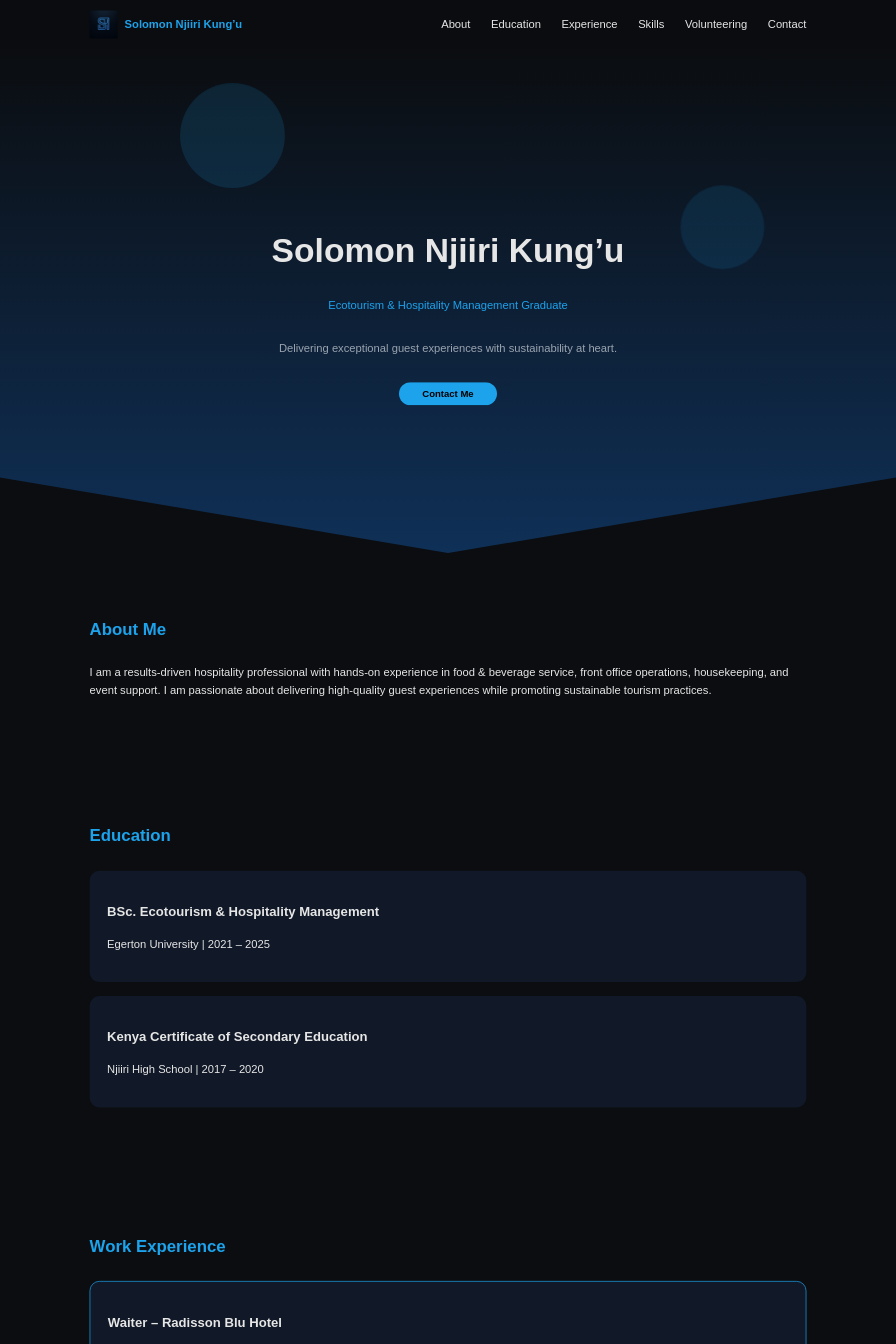
Repository: ladygit-comits/Solomon_Portfolio
Page: index.html
These files come from the project's save history. The page is drawn as it stood at one moment and after the next save; the edit follows.
The browser window is 1280 px wide. The pictures show the part of the page from y = 0 to 1920 px (the page is 4351 px tall before and 5455 px after), at 70% of full size.

Above is the page before, as saved 2025-12-31 14:02:35.

### index.html
<!DOCTYPE html>
<html lang="en">
<head>
  <meta charset="UTF-8">
  <title>Solomon Njiiri Kung’u | Hospitality Management</title>
  <link rel="icon" href="images/solomon-favicon.png" type="image/png">
  <link rel="apple-touch-icon" sizes="180x180" href="images/solomon-favicon.png">
  <link rel="stylesheet" href="style.css">
</head>
<body>
<!-- NAVBAR -->
<header class="navbar">
  <div class="logo">
    <img src="images/solomon-favicon.png" alt="Solomon Logo" class="logo-img">
    Solomon Njiiri Kung’u
  </div>
  <nav>
    <a href="#about">About</a>
    <a href="#education">Education</a>
    <a href="#experience">Experience</a>
    <a href="#skills">Skills</a>
    <a href="#volunteering">Volunteering</a>
    <a href="#contact">Contact</a>
  </nav>
</header>

  <!-- HERO -->
  <section class="hero">
    <h1>Solomon Njiiri Kung’u</h1>
    <p class="subtitle">Ecotourism & Hospitality Management Graduate</p>
    <p class="tagline">
      Delivering exceptional guest experiences with sustainability at heart.
    </p>
    <a href="#contact" class="btn">Contact Me</a>
  </section>

  <!-- ABOUT -->
  <section id="about" class="section">
    <h2>About Me</h2>
    <p>
      I am a results-driven hospitality professional with hands-on experience in
      food & beverage service, front office operations, housekeeping, and event support.
      I am passionate about delivering high-quality guest experiences while promoting
      sustainable tourism practices.
    </p>
  </section>

  <!-- EDUCATION -->
  <section id="education" class="section">
    <h2>Education</h2>
    <div class="card">
      <h3>BSc. Ecotourism & Hospitality Management</h3>
      <p>Egerton University | 2021 – 2025</p>
    </div>
    <div class="card">
      <h3>Kenya Certificate of Secondary Education</h3>
      <p>Njiiri High School | 2017 – 2020</p>
    </div>
  </section>

  <!-- EXPERIENCE -->
  <section id="experience" class="section">
    <h2>Work Experience</h2>

    <div class="card highlight">
      <h3>Waiter – Radisson Blu Hotel</h3>
      <p>August 2025</p>
      <ul>
        <li>Delivered high-quality customer service in a fast-paced luxury hotel.</li>
        <li>Supported international events hosted by the World Bank, IMF, and University of Antwerp.</li>
        <li>Provided professional service to international delegates.</li>
      </ul>
    </div>

    <div class="card">
      <h3>Waiter – Shuhan Hotel, Thika</h3>
      <p>February 2025</p>
      <ul>
        <li>Provided excellent customer service.</li>
        <li>Assisted in housekeeping and hygiene maintenance.</li>
      </ul>
    </div>

    <div class="card">
      <h3>Intern – Hotel Operations</h3>
      <p>May 2024 – August 2024</p>
      <ul>
        <li>Housekeeping & guestroom standards.</li>
        <li>Front office check-ins and reservations.</li>
        <li>Kitchen stewarding and hygiene.</li>
        <li>Food & beverage service.</li>
      </ul>
    </div>
  </section>

  <!-- SKILLS -->
 <section id="skills" class="section">
  <h2>Key Skills</h2>
  <div class="skills">
    <div class="skill">
      <span>Customer Service</span>
      <div class="skill-bar"><div class="skill-fill" style="width: 90%;"></div></div>
    </div>
    <div class="skill">
      <span>Food & Beverage Service</span>
      <div class="skill-bar"><div class="skill-fill" style="width: 85%;"></div></div>
    </div>
    <div class="skill">
      <span>Front Office Operations</span>
      <div class="skill-bar"><div class="skill-fill" style="width: 80%;"></div></div>
    </div>
    <div class="skill">
      <span>Housekeeping Standards</span>
      <div class="skill-bar"><div class="skill-fill" style="width: 85%;"></div></div>
    </div>
    <div class="skill">
      <span>Event Support</span>
      <div class="skill-bar"><div class="skill-fill" style="width: 80%;"></div></div>
    </div>
    <div class="skill">
      <span>Sustainable Tourism</span>
      <div class="skill-bar"><div class="skill-fill" style="width: 75%;"></div></div>
    </div>
  </div>
</section>


  <!-- VOLUNTEERING -->
  <section id="volunteering" class="section">
    <h2>Volunteering</h2>
    <div class="card">
      <h3>Volunteer – KSPCA (Dogtober Festival)</h3>
      <p>October 2024</p>
      <ul>
        <li>Welcomed guests and provided event guidance.</li>
        <li>Assisted with pet handling and guest engagement.</li>
      </ul>
    </div>
  </section>

  <!-- CONTACT -->
  <section class="section contact" id="contact">
    <h2>Contact</h2>
    <p>Email: <a href="mailto:kungunjiiri@gmail.com">kungunjiiri@gmail.com</a></p>
    <p>Phone: 0112619291</p>
  </section>
    <!-- Footer -->
  <footer>
    <p>© 2025 Kavanda. All rights reserved.</p>
  </footer>
<script src="script.js"></script>
<button id="scrollTopBtn" title="Go to top">
  <svg xmlns="http://www.w3.org/2000/svg" viewBox="0 0 24 24" width="24" height="24" fill="none" stroke="#000" stroke-width="2" stroke-linecap="round" stroke-linejoin="round">
    <line x1="12" y1="19" x2="12" y2="5"/>
    <polyline points="5 12 12 5 19 12"/>
  </svg>
</button>


</body>
</html>

### style.css
:root {
  --black: #0B0D10;
  --dark-blue: #0F3057;
  --accent-blue: #1CA3EC;
  --text-light: #E6E6E6;
  --muted-gray: #9AA4AF;
}

body {
  margin: 0;
  font-family: "Poppins", sans-serif;
  background: var(--black);
  color: var(--text-light);
  line-height: 1.6;
}

.hero {
  min-height: 100vh;
  padding: 0 20px 0;
  text-align: center;
  background: linear-gradient(180deg, #0B0D10, #0F3057);
  position: relative;
  color: var(--text-light);
  display: flex;
  flex-direction: column;
  justify-content: center;
  clip-path: polygon(0 0, 100% 0, 100% 85%, 50% 100%, 0 85%);
}



.hero h1 {
  font-size: 3rem;
  margin-bottom: 10px;
}

.subtitle {
  color: var(--accent-blue);
  font-weight: 500;
}

.tagline {
  max-width: 600px;
  margin: 20px auto;
  color: var(--muted-gray);
}

.btn {
  width: 140px;
  display: inline-block;
  margin: 15px auto 0;
  padding: 6px 0;
  background: var(--accent-blue);
  color: #000;
  text-decoration: none;
  border-radius: 20px;
  font-weight: 600;
  font-size: 0.85rem;
  position: relative;
  overflow: hidden;
  transition: all 0.3s ease;
  text-align: center;
}

.btn::after {
  content: '';
  position: absolute;
  top: 0;
  left: -75%;
  width: 50%;
  height: 100%;
  background: linear-gradient(120deg, rgba(255,255,255,0.2), rgba(255,255,255,0.5), rgba(255,255,255,0.2));
  transform: skewX(-25deg);
  transition: all 0.7s;
}

.btn:hover::after {
  left: 125%;
}


.section {
  padding: 70px 10%;
}

.section h2 {
  color: var(--accent-blue);
  margin-bottom: 30px;
}

.card {
  background: #111827;
  padding: 25px;
  border-radius: 14px;
  margin-bottom: 20px;
  transition: transform 0.3s ease, box-shadow 0.3s ease;
}

.card.highlight {
  border: 1px solid var(--accent-blue);
}

.skills span {
  display: inline-block;
  background: #1f2933;
  padding: 10px 16px;
  margin: 8px;
  border-radius: 20px;
  font-size: 0.9rem;
}

.contact a {
  color: var(--accent-blue);
  text-decoration: none;
}

.hero h1, .subtitle, .tagline, .btn {
  transform: translateY(20px);
  opacity: 0;
}

.btn:hover {
  box-shadow: 0 0 20px var(--accent-blue), 0 0 40px var(--accent-blue);
  transform: translateY(-3px);
}

.navbar {
  position: sticky;
  top: 0;
  display: flex;
  justify-content: space-between;
  align-items: center;
  padding: 15px 10%;
  background: rgba(11,13,16,0.95);
  z-index: 1000;
}

.navbar .logo {
  font-weight: 700;
  color: var(--accent-blue);
}

.navbar nav a {
  color: var(--text-light);
  margin-left: 25px;
  text-decoration: none;
  font-weight: 500;
  transition: color 0.3s;
}

.navbar nav a:hover {
  color: var(--accent-blue);
}
#scrollTopBtn {
  position: fixed;
  bottom: 30px;
  right: 30px;
  width: 50px;
  height: 50px;
  border: none;
  border-radius: 50%;
  background-color: var(--accent-blue);
  cursor: pointer;
  display: none;
  align-items: center;
  justify-content: center;
  z-index: 1000;
  box-shadow: 0 4px 12px rgba(28,163,236,0.4);
  transition: transform 0.3s, opacity 0.3s;
  padding: 0;
}

#scrollTopBtn svg {
  width: 24px;
  height: 24px;
  stroke: #000;
}

#scrollTopBtn:hover {
  transform: translateY(-3px);
  opacity: 0.8;
}

.typewriter {
  overflow: hidden;
  border-right: 2px solid var(--accent-blue);
  white-space: nowrap;
  margin: 0 auto;
  letter-spacing: 2px;
  animation: typing 4s steps(60, end), blink 0.7s infinite;
}

@keyframes typing {
  from { width: 0; }
  to { width: 100%; }
}

@keyframes blink {
  50% { border-color: transparent; }
}

.hero::before {
  content: '';
  position: absolute;
  width: 150px;
  height: 150px;
  background: var(--accent-blue);
  border-radius: 50%;
  top: 50px;
  left: 20%;
  opacity: 0.15;
  animation: float 6s ease-in-out infinite alternate;
}

.hero::after {
  content: '';
  position: absolute;
  width: 120px;
  height: 120px;
  background: var(--accent-blue);
  border-radius: 50%;
  top: 200px;
  right: 15%;
  opacity: 0.12;
  animation: float 8s ease-in-out infinite alternate-reverse;
}

@keyframes float {
  0% { transform: translateY(0) translateX(0); }
  50% { transform: translateY(-20px) translateX(15px); }
  100% { transform: translateY(0) translateX(0); }
}
.skills .skill {
  margin-bottom: 15px;
}

.skill-bar {
  background: #1f2933;
  border-radius: 20px;
  overflow: hidden;
  height: 12px;
  margin-top: 5px;
}

.skill-fill {
  background: var(--accent-blue);
  height: 100%;
  width: 0;
  border-radius: 20px;
  transition: width 2s ease-in-out;
}

/* shimmer CTA button */
.btn {
  position: relative;
  overflow: hidden;
}

.btn::after {
  content: '';
  position: absolute;
  top: 0;
  left: -75%;
  width: 50%;
  height: 100%;
  background: linear-gradient(120deg, rgba(255,255,255,0.2), rgba(255,255,255,0.5), rgba(255,255,255,0.2));
  transform: skewX(-25deg);
  transition: all 0.7s;
}

.btn:hover::after {
  left: 125%;
}
.navbar .logo {
  display: flex;
  align-items: center;
  font-weight: 700;
  color: var(--accent-blue);
}

.navbar .logo-img {
  width: 40px;
  height: 40px;
  margin-right: 10px;
}
footer {
  color: var(--text-light);
  text-align: center;
  padding: 25px 10%;
  font-size: 0.9rem;
}

footer p {
  margin: 0;
}

### script.js
document.addEventListener('DOMContentLoaded', function() {
  const heroElements = document.querySelectorAll('.hero h1, .subtitle, .tagline, .btn');
  heroElements.forEach((el, i) => {
    el.style.opacity = 0;
    setTimeout(() => {
      el.style.transition = 'opacity 1s ease-out, transform 1s ease-out';
      el.style.opacity = 1;
      el.style.transform = 'translateY(0)';
    }, i * 300);
  });

  const cards = document.querySelectorAll('.card');
  cards.forEach(card => {
    card.addEventListener('mouseenter', () => {
      card.style.transform = 'translateY(-10px)';
      card.style.boxShadow = '0 15px 30px rgba(28,163,236,0.3)';
    });
    card.addEventListener('mouseleave', () => {
      card.style.transform = 'translateY(0)';
      card.style.boxShadow = 'none';
    });
  });

  const links = document.querySelectorAll('a[href^="#"]');
  links.forEach(link => {
    link.addEventListener('click', function(e) {
      e.preventDefault();
      document.querySelector(this.getAttribute('href')).scrollIntoView({behavior: 'smooth'});
    });
  });

  const scrollBtn = document.getElementById('scrollTopBtn');
  window.onscroll = function() {
    if (document.body.scrollTop > 300 || document.documentElement.scrollTop > 300) {
      scrollBtn.style.display = "block";
    } else {
      scrollBtn.style.display = "none";
    }
  };
  scrollBtn.addEventListener('click', function() {
    window.scrollTo({top: 0, behavior: 'smooth'});
  });

  const tagline = document.querySelector('.tagline');
  const text = tagline.textContent;
  tagline.textContent = '';
  let i = 0;
  function typeWriter() {
    if (i < text.length) {
      tagline.textContent += text.charAt(i);
      i++;
      setTimeout(typeWriter, 50);
    }
  }
  typeWriter();
});
const skillFills = document.querySelectorAll('.skill-fill');

function animateSkills() {
  const triggerBottom = window.innerHeight - 100;
  skillFills.forEach(skill => {
    const skillTop = skill.getBoundingClientRect().top;
    if(skillTop < triggerBottom) {
      skill.style.width = skill.getAttribute('style').replace('width: ', '');
    }
  });
}

window.addEventListener('scroll', animateSkills);
window.addEventListener('load', animateSkills);

After the next save:
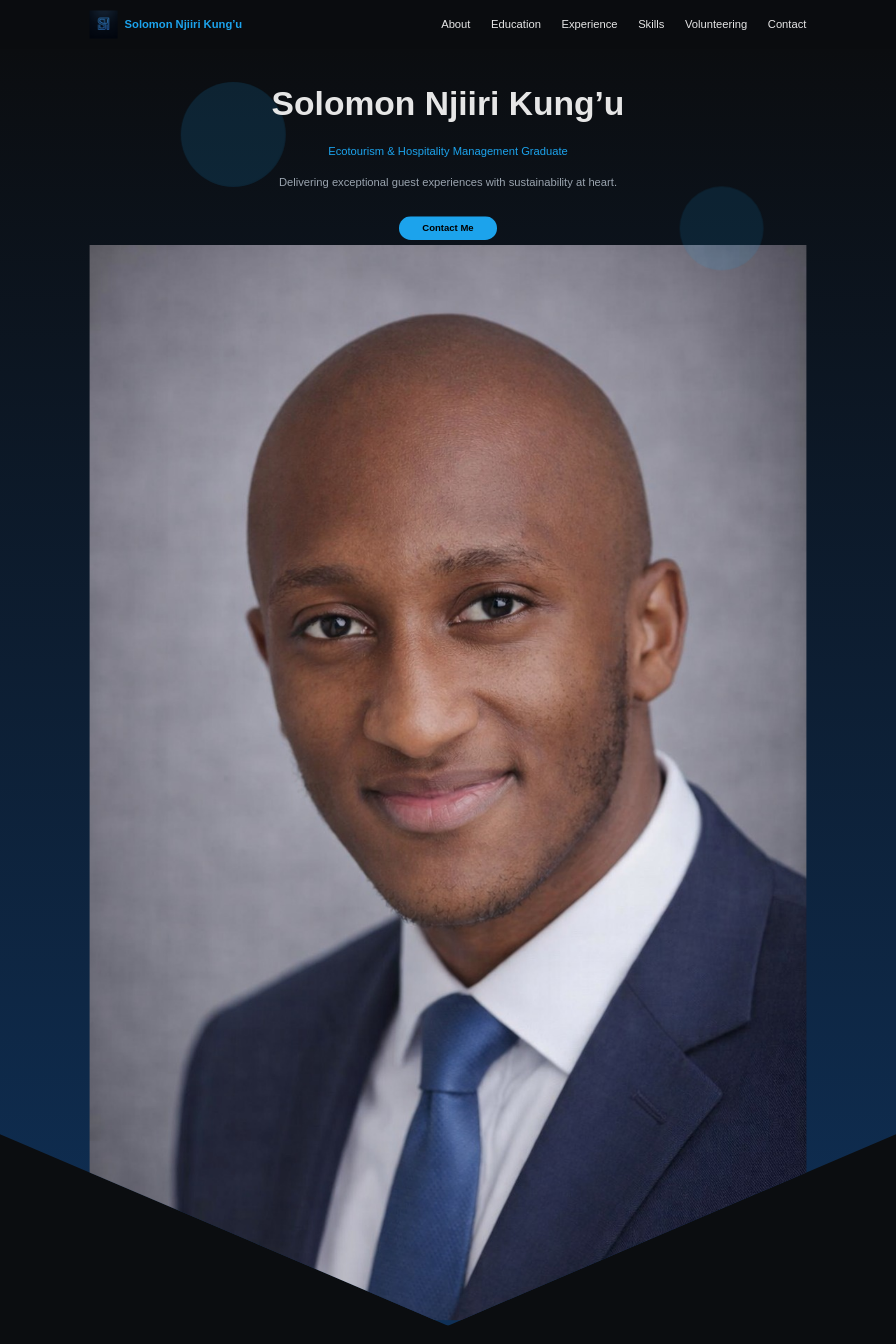
Saved 61 min 29 s later.
--- a/index.html
+++ b/index.html
@@ -26,13 +26,21 @@
 
   <!-- HERO -->
   <section class="hero">
-    <h1>Solomon Njiiri Kung’u</h1>
-    <p class="subtitle">Ecotourism & Hospitality Management Graduate</p>
-    <p class="tagline">
-      Delivering exceptional guest experiences with sustainability at heart.
-    </p>
-    <a href="#contact" class="btn">Contact Me</a>
-  </section>
+  <div class="hero-content">
+    <div class="hero-text">
+      <h1>Solomon Njiiri Kung’u</h1>
+      <p class="subtitle">Ecotourism & Hospitality Management Graduate</p>
+      <p class="tagline">
+        Delivering exceptional guest experiences with sustainability at heart.
+      </p>
+      <a href="#contact" class="btn">Contact Me</a>
+    </div>
+    <div class="hero-image">
+      <img src="images/solomon-headshot.jpeg" alt="Solomon Njiiri Kung’u">
+    </div>
+  </div>
+</section>
+
 
   <!-- ABOUT -->
   <section id="about" class="section">

After the save that followed:
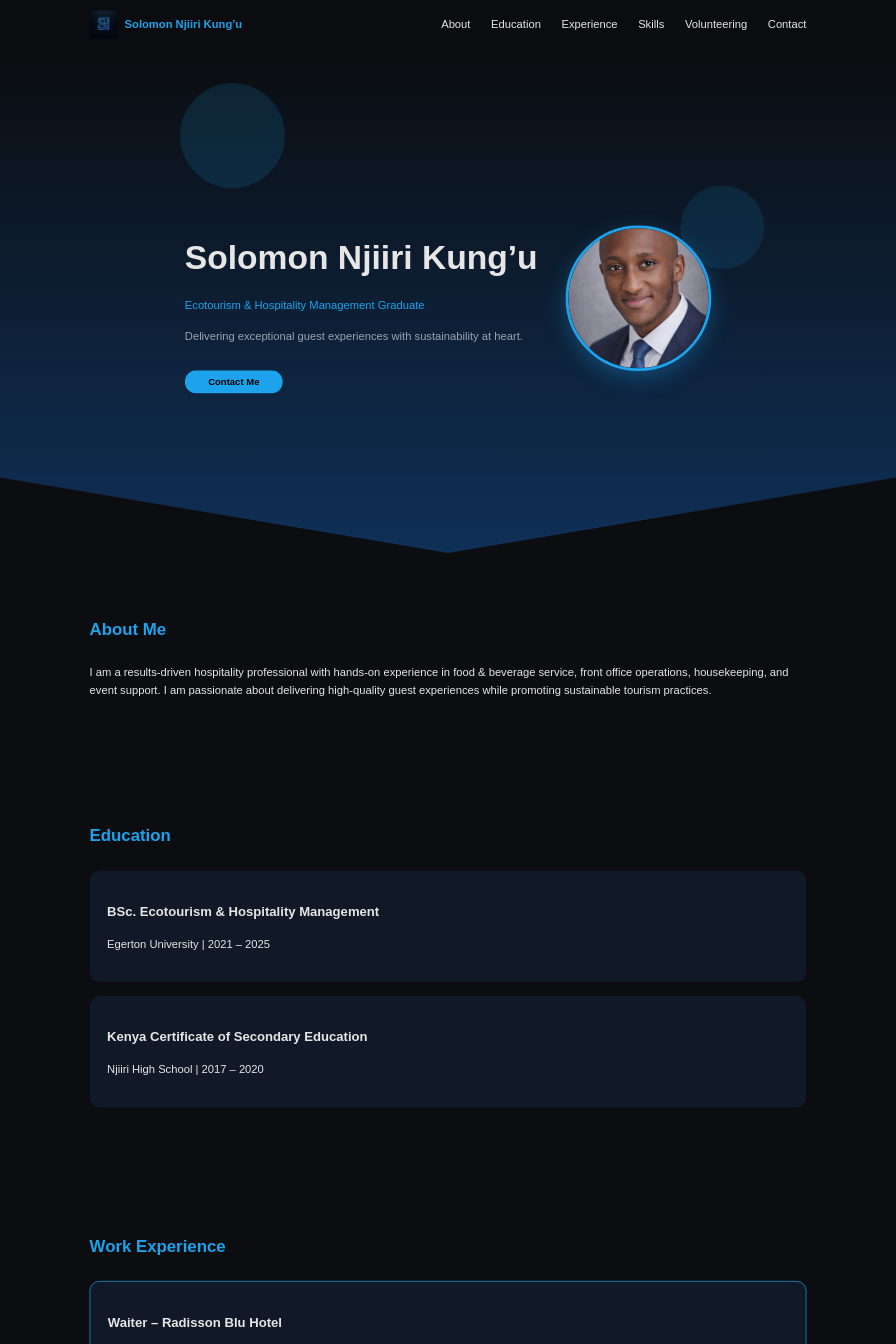
Saved 47 s later.
--- a/style.css
+++ b/style.css
@@ -224,6 +224,27 @@ body {
   opacity: 0.12;
   animation: float 8s ease-in-out infinite alternate-reverse;
 }
+.hero-content {
+  display: flex;
+  align-items: center;
+  justify-content: center;
+  flex-wrap: wrap;
+  gap: 40px;
+}
+
+.hero-text {
+  max-width: 600px;
+  text-align: left;
+}
+
+.hero-image img {
+  width: 200px;
+  height: 200px;
+  object-fit: cover;
+  border-radius: 50%;
+  border: 4px solid var(--accent-blue);
+  box-shadow: 0 10px 30px rgba(28,163,236,0.3);
+}
 
 @keyframes float {
   0% { transform: translateY(0) translateX(0); }
